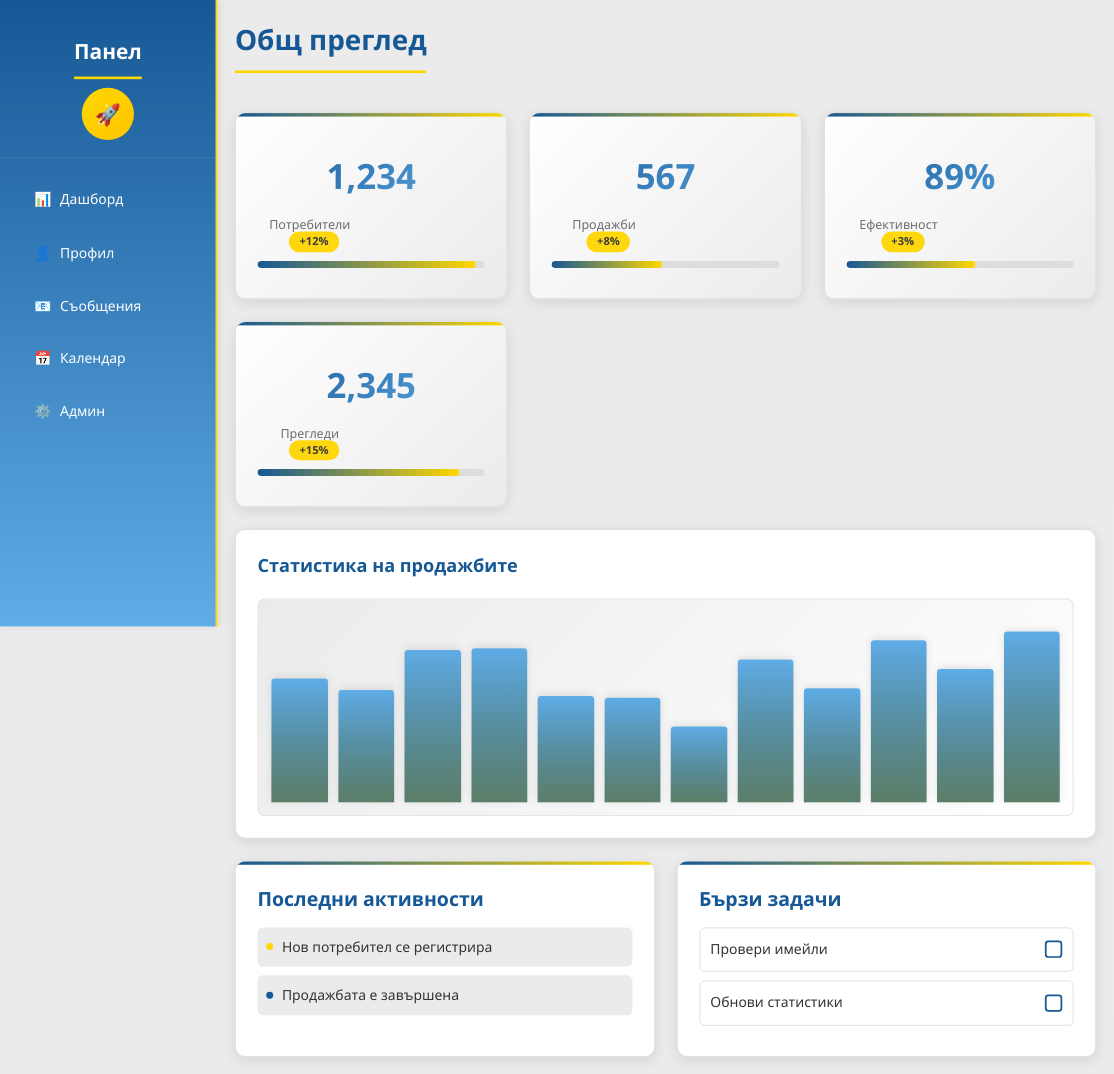
Repository: BorisSavianov/doxa-frontend
Page: /
These files come from the project's save history. The page is drawn as it stood at one moment and after the next save; the edit follows.
The browser window is 1280 px wide. The pictures show the whole page, at 87% of full size.
The project was rebuilt for these pictures with package versions that can differ from the ones it lists, and the page was loaded fresh each time. Also part of the build but not shown: vite.config.js, src/components/Layout/Header.jsx, src/pages/Profile.jsx, src/pages/Inbox.css, src/pages/Inbox.jsx, src/pages/Calendar.css, src/pages/Calendar.jsx, src/pages/Admin.jsx.

Above is the page before, as saved 2025-10-24 14:06:39.

After the next save:
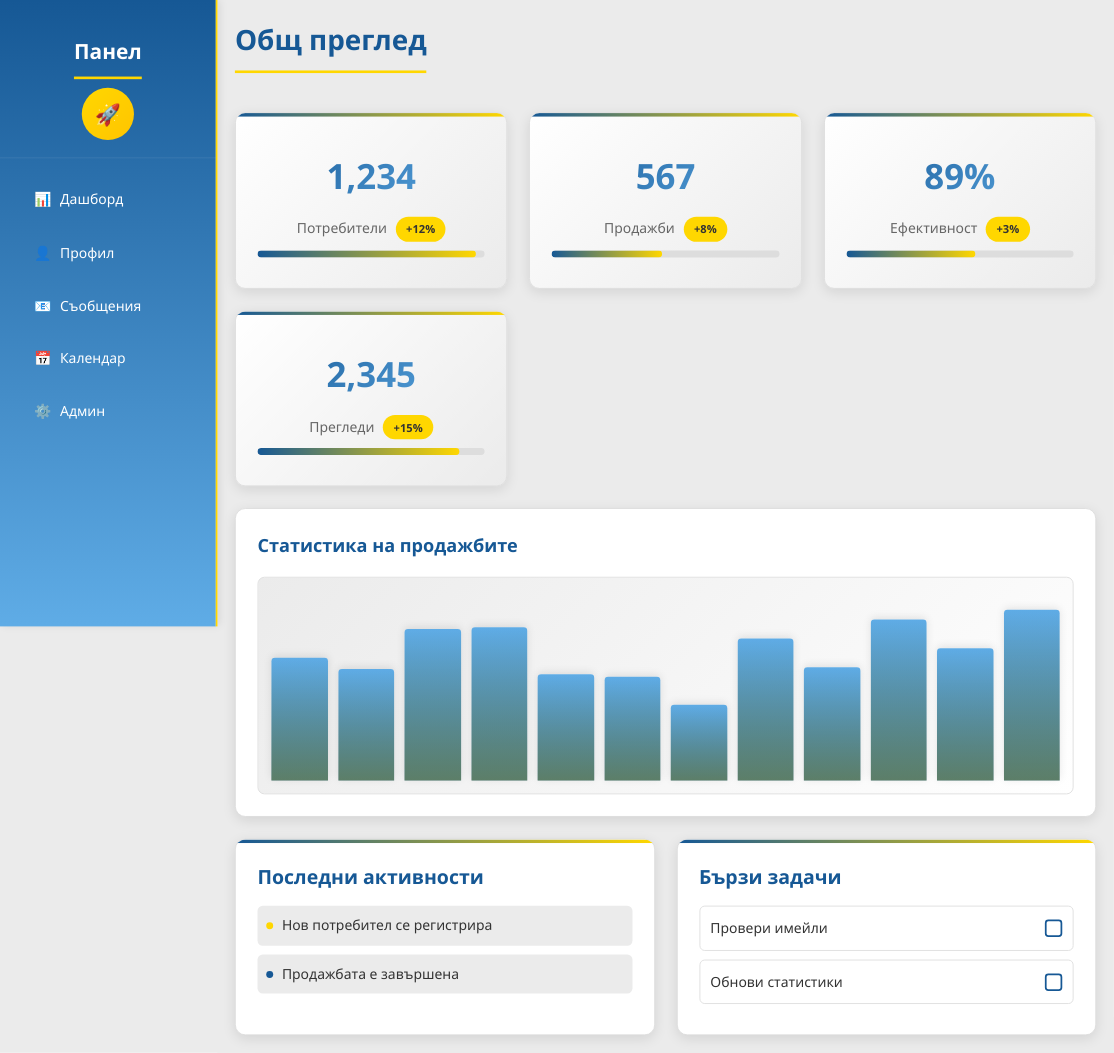
Saved 43 s later.
--- a/src/pages/Profile.css
+++ b/src/pages/Profile.css
@@ -119,45 +119,7 @@
 }
 
 /* Profile Stats */
-.profile-stats {
-  display: flex;
-  gap: 40px;
-  margin-top: 20px;
-}
-
-.stat-item {
-  text-align: center;
-  color: white;
-  min-width: 100px;
-}
-
-.stat-icon-wrapper {
-  width: 60px;
-  height: 60px;
-  border-radius: 50%;
-  background: rgba(255, 255, 255, 0.2);
-  display: flex;
-  align-items: center;
-  justify-content: center;
-  margin: 0 auto 12px;
-  backdrop-filter: blur(10px);
-  border: 2px solid rgba(255, 255, 255, 0.3);
-}
-
-.stat-value {
-  font-size: 2rem;
-  font-weight: bold;
-  margin: 8px 0 4px;
-  text-shadow: 1px 1px 2px rgba(0, 0, 0, 0.3);
-}
-
-.stat-label {
-  font-size: 0.9rem;
-  opacity: 0.95;
-  font-weight: 500;
-  max-width: 120px;
-  line-height: 1.2;
-}
+
 
 .profile-actions {
   padding-top: 20px;
